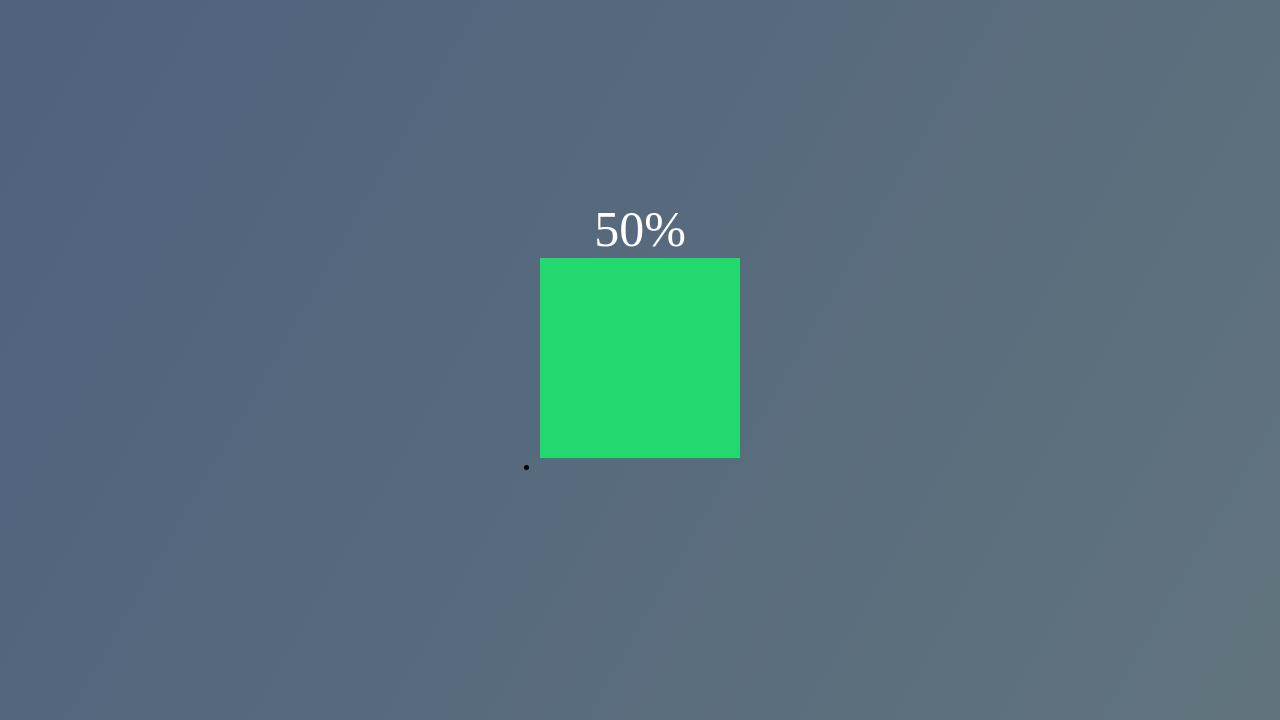
Repository: gyypwrs/css-practice
Page: adsorbed-circle/index.html
An editor plug-in stored every save of this project. The page is shown before and after the next save, followed by the edit.
The browser window is 1280 px wide. The pictures show the whole page.

Above is the page before, as saved 2022-05-13 16:51:55.

### adsorbed-circle/index.html
<!--
 * @Descripttion:
 * @version:
 * @Author: Hongyu
 * @Date: 2022-05-13 15:49:25
 * @LastEditors: Hongyu
 * @LastEditTime: 2022-05-13 16:51:55
-->
<!DOCTYPE html>
<html lang="zh-CN">

<head>
  <meta charset="UTF-8">
  <meta http-equiv="X-UA-Compatible" content="IE=edge">
  <meta name="viewport" content="width=device-width, initial-scale=1.0">
  <title>Document</title>
  <style>
    * {
      margin: 0;
      padding: 0;
      box-sizing: border-box;
    }
    html,body {
      background-image: linear-gradient(120deg, #a1c4fd 0%, #c2e9fb 100%);
      height: 100%;
    }
    .battery-cover {
      display: flex;
      justify-content: center;
      height: 100%;
      background-color: rgba(0,0,0,0.5);
    }
    .battery-wrapper {
      margin-top: 200px;
      width: 200px;
      display: flex;
      flex-direction: column;
      justify-content: flex-start;
    }
    .electric-quantity {
      font-size: 50px;
      color: #fff;
      text-align: center;
    }
    .battery-circle {
      width: 200px;
      height: 200px;
      background-color: #23d96e;
      fill: ;
    }
  </style>
</head>

<body>
  <div class="battery-cover">
    <div class="battery-wrapper">
      <div class="electric-quantity">50%</div>
      <div class="battery-charge">
        <div class="battery-circle"></div>
        <ul class="">
          <li class="battery-bubble"></li>
        </ul>
      </div>
    </div>
  </div>
  <script>

  </script>
</body>

</html>

After the next save:
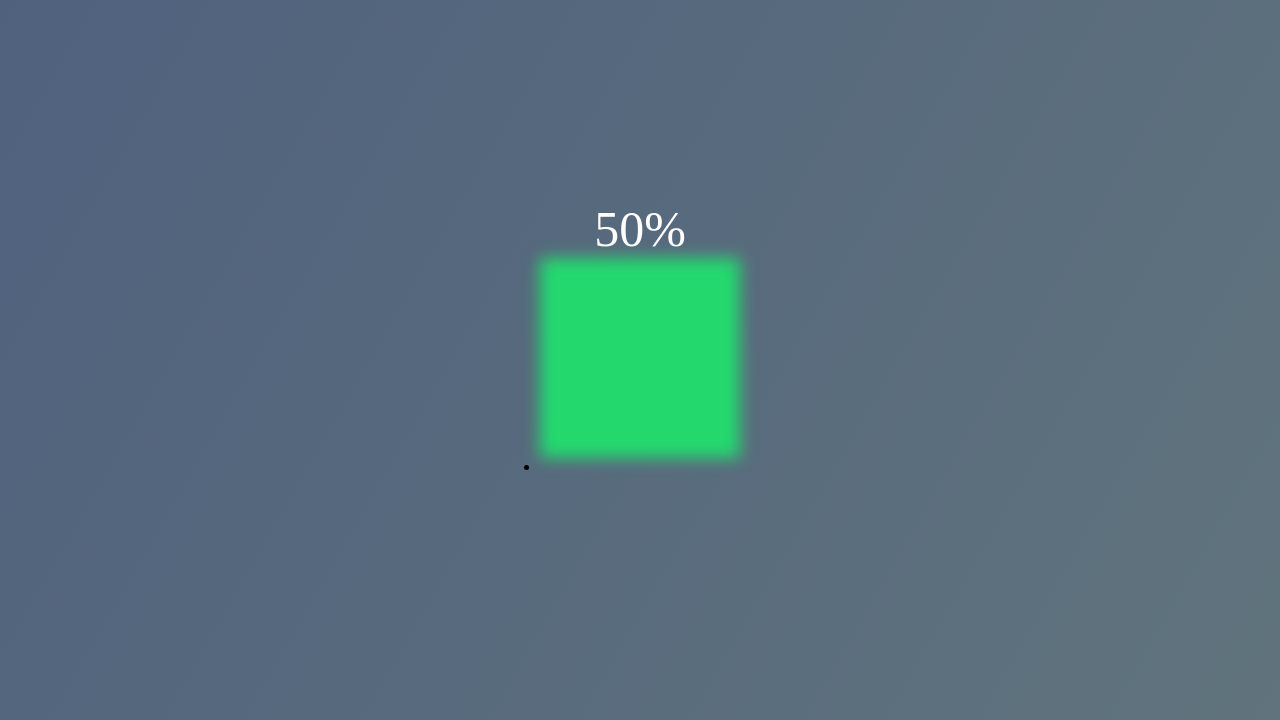
Saved 13 s later.
--- a/adsorbed-circle/index.html
+++ b/adsorbed-circle/index.html
@@ -46,7 +46,7 @@
       width: 200px;
       height: 200px;
       background-color: #23d96e;
-      fill: ;
+      filter: blur(8px);
     }
   </style>
 </head>
